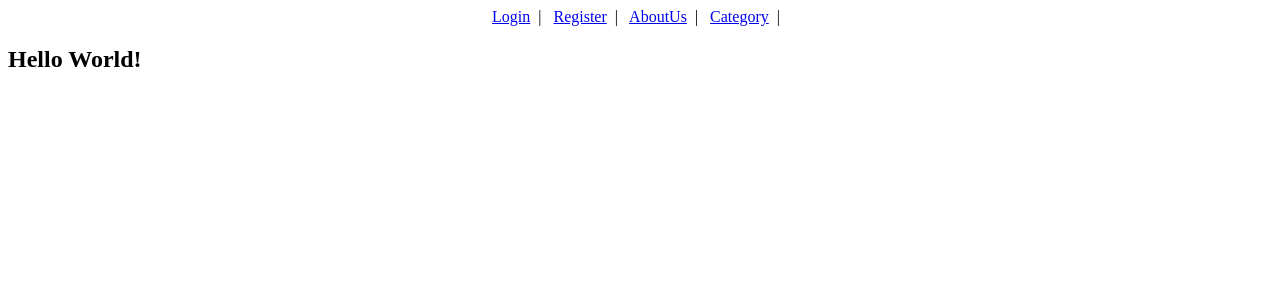
Repository: ramizkhan037/Java-Project
Page: http://localhost/Frontend/
These files come from the project's save history. The page is drawn as it stood at one moment and after the next save; the edit follows.
The browser window is 1280 px wide. The pictures show the whole page.
The page is served by Tomcat 9. Nobody is signed in. The application's start-up code is not run.

Above is the page before, as saved 2018-11-29 09:08:26.

After the next save:
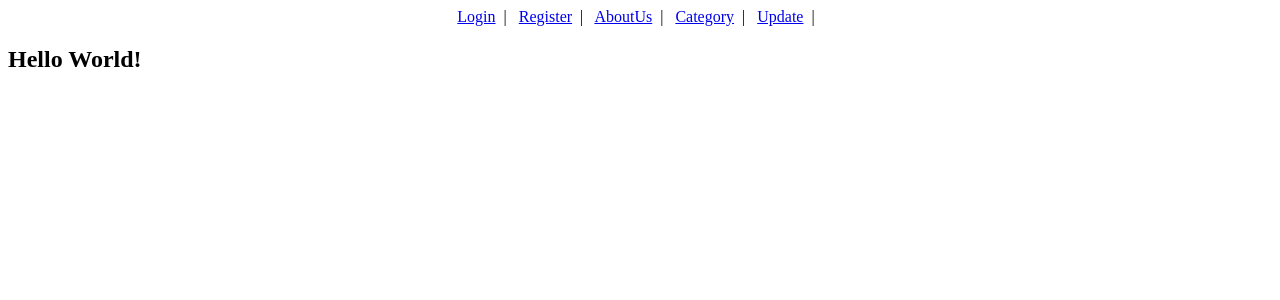
Saved 3 s later.
--- a/Frontend/src/main/webapp/WEB-INF/views/Header.jsp
+++ b/Frontend/src/main/webapp/WEB-INF/views/Header.jsp
@@ -11,6 +11,8 @@
 <a href="register">Register</a>&nbsp;&nbsp;|&nbsp;&nbsp;
 <a href="aboutus">AboutUs</a>&nbsp;&nbsp;|&nbsp;&nbsp;
 <a href="category">Category</a>&nbsp;&nbsp;|&nbsp;&nbsp;
+<a href="category">Update</a>&nbsp;&nbsp;|&nbsp;&nbsp;
+
 
 </p>
 
